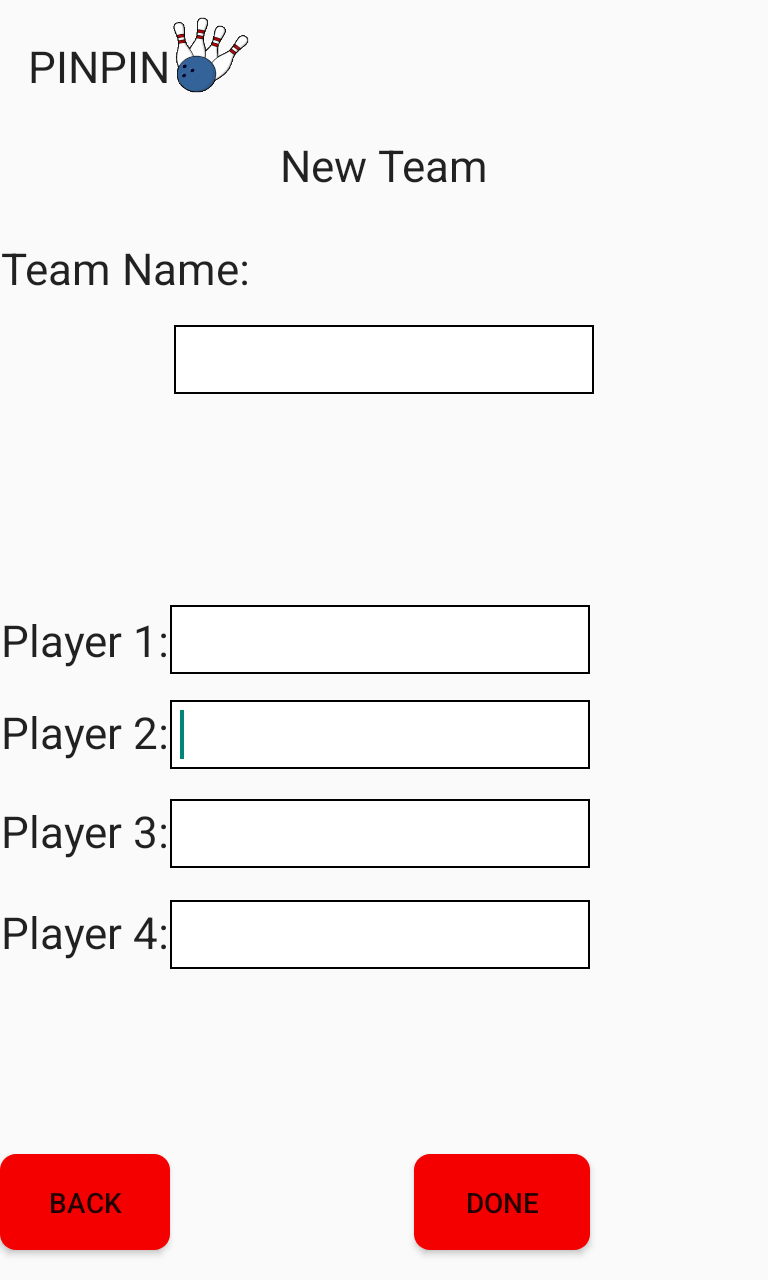
Repository: Atlaspud/TeamMasterE
Layout: BowlingGame/res/layout/new_team_fragment.xml
The author's editor kept a copy of each file at every save. The layout is drawn from the files as they stood at one save, then again after the next save.
It is drawn on a 768 x 1280 px phone screen (xhdpi) without system bars, with theme AppTheme; the app's code is not run.

Above is the layout before, as saved 2014-10-28 15:50:24.

After the next save:
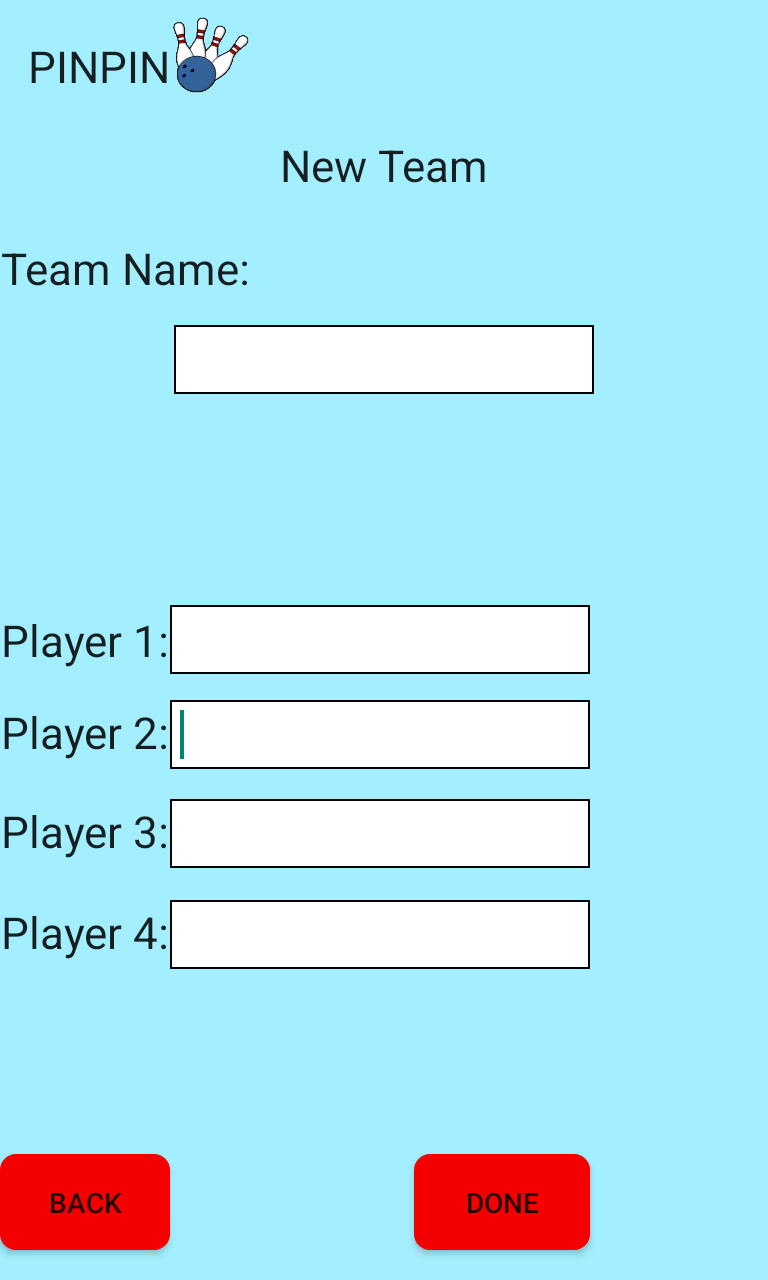
Saved 2 min 54 s later.
--- a/BowlingGame/res/layout/new_team_fragment.xml
+++ b/BowlingGame/res/layout/new_team_fragment.xml
@@ -2,7 +2,8 @@
 <RelativeLayout xmlns:android="http://schemas.android.com/apk/res/android"
     xmlns:tools="http://schemas.android.com/tools"
     android:layout_width="match_parent"
-    android:layout_height="match_parent" >
+    android:layout_height="match_parent"
+    android:background="@color/light_blue" >
 
     <ImageView
         android:id="@+id/imageView1"

After the save that followed:
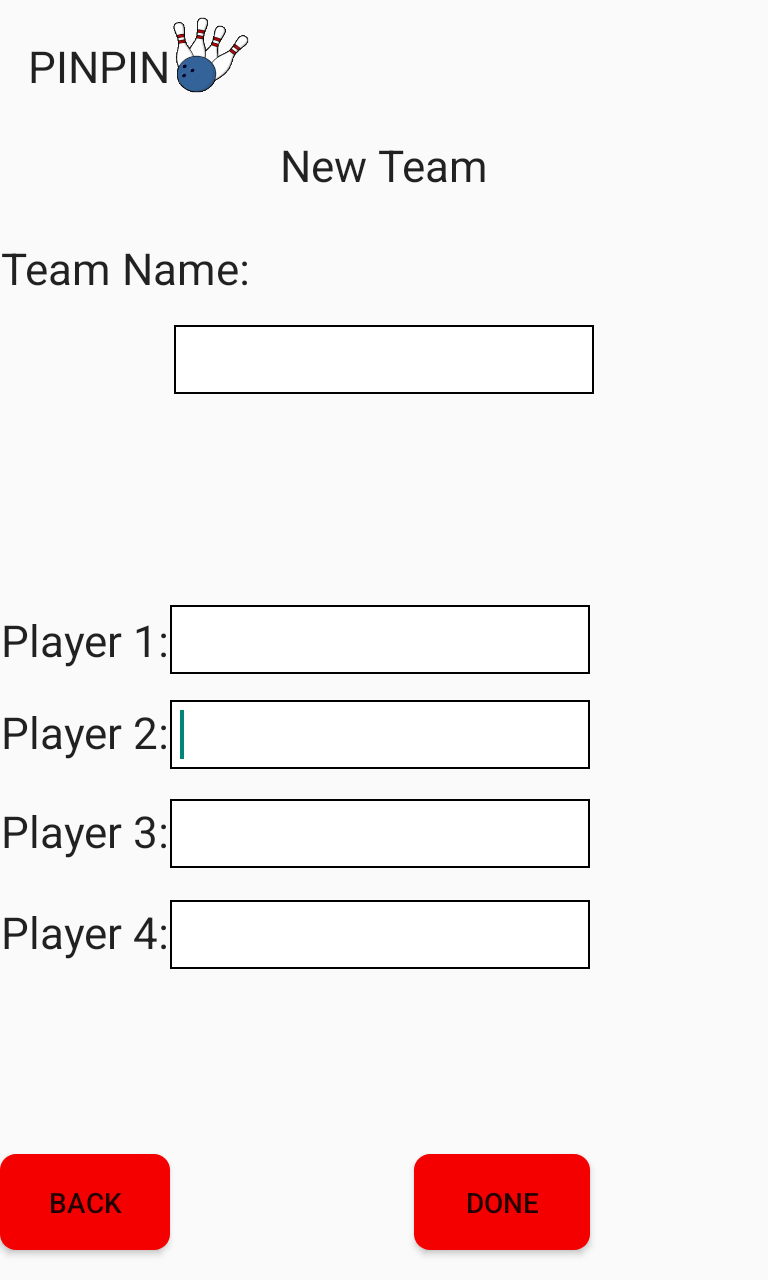
Saved 12 min 46 s later.
--- a/BowlingGame/res/layout/new_team_fragment.xml
+++ b/BowlingGame/res/layout/new_team_fragment.xml
@@ -2,8 +2,7 @@
 <RelativeLayout xmlns:android="http://schemas.android.com/apk/res/android"
     xmlns:tools="http://schemas.android.com/tools"
     android:layout_width="match_parent"
-    android:layout_height="match_parent"
-    android:background="@color/light_blue" >
+    android:layout_height="match_parent" >
 
     <ImageView
         android:id="@+id/imageView1"
